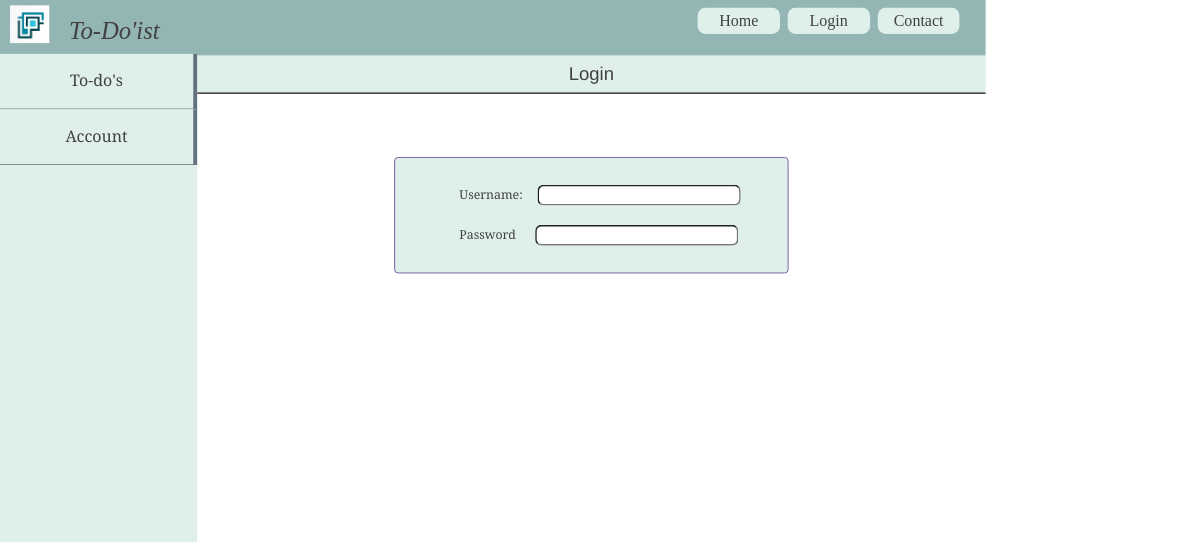
Repository: tavisca-pkadam/Todo-Website
Page: login_grid.html
An editor plug-in stored every save of this project. The page is shown before and after the next save, followed by the edit.
The browser window is 1280 px wide. The page is 1370 px wide, then 1536 px, so the pictures cover 1536 px, including what lies to the right of the window. The pictures show the whole page, at 77% of full size.

Above is the page before, as saved 2019-08-22 12:27:45.

After the next save:
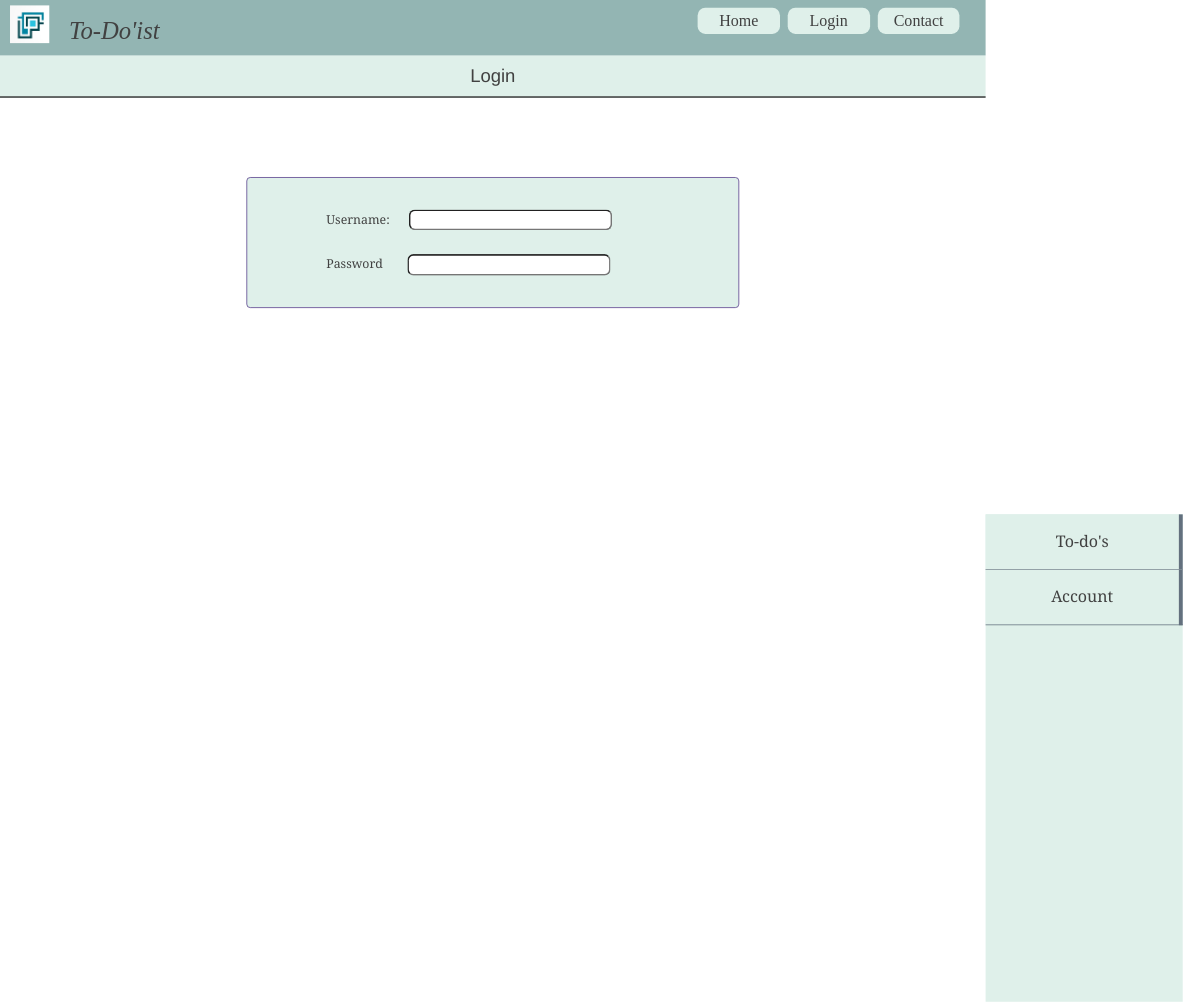
Saved 13 s later.
--- a/login_grid.html
+++ b/login_grid.html
@@ -5,7 +5,7 @@
     <meta http-equiv="X-UA-Compatible" content="IE=edge" />
     <title>Page Title</title>
     <meta name="viewport" content="width=device-width, initial-scale=1" />
-    <link rel="stylesheet" type="text/css" media="screen" href="main.css" />
+    <link rel="stylesheet" type="text/css" media="screen" href="main2.css" />
 
     <link rel="import" href="components/header.html" />
 
